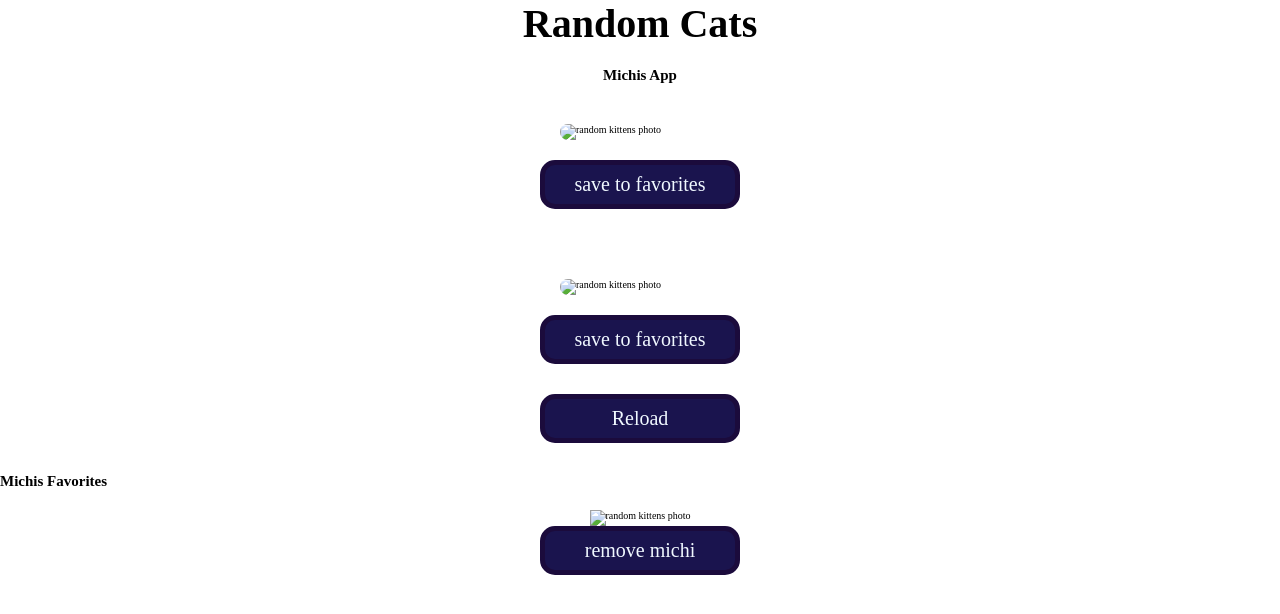
Repository: elto82/ConsumoAPIRESTjs
Page: index.html
An editor plug-in stored every save of this project. The page is shown before and after the next save, followed by the edit.
The browser window is 1280 px wide. The pictures show the whole page.
The page's requests for data from a server got no answer.

Above is the page before, as saved 2022-07-03 15:18:36.

### index.html
<!DOCTYPE html>
<html lang="en">

<head>
  <meta charset="UTF-8">
  <meta http-equiv="X-UA-Compatible" content="IE=edge">
  <meta name="viewport" content="width=device-width, initial-scale=1.0">
  <title>Random Cats</title>
  <link rel="stylesheet" href="style.css">
</head>

<body>
  <header>
    <h1>Random Cats</h1>
  </header>
  <section id="randomMichis" class="container">
    <h2>Michis App</h2>
    <span id="error"></span>
    <article>
      <img id="img1" alt="random kittens photo" class="image">
      <button id="btn1" class="random-cat-button">
        save to favorites
      </button>
    </article>
    <article>
      <img id="img2" alt="random kittens photo" class="image">
      <button id="btn2" class="random-cat-button">
        save to favorites
      </button>
    </article>

    <button class="random-cat-button" onclick="loadRandomMichis()">
      Reload
    </button>

  </section>
  <section id="favoriteMichis">
    <h2>Michis Favorites</h2>
    <article>
      <img  alt="random kittens photo" class="image">
      <button class="random-cat-button" ">
        remove michi
      </button>
    </article>
  </section>
  <script src="./main.js"></script>
</body>

</html>

### style.css
* {
  box-sizing: border-box;
  margin: 0px;
  padding: 0px;
}
html {
  font-size: 62.5%;
}
body {
  font-family: 'Square Peg', cursive;
}
header {
  display: flex;
  justify-content: center;
}
h1 {
  font-size: 4rem;
}
article{
  display: flex;
  flex-direction: column;
  justify-content: center;
  place-items: center;
  padding: 20px;
}
.container {
  display: flex;
  flex-direction: column;
  justify-content: center;
  place-items: center;
  padding: 20px;
}
.container .image {
  border-radius: 20px;
  margin: 20px;
  width: 80%;
  height: auto;
}
.random-cat-button {
  align-items: center;
  background-color: rgb(26, 20, 78);
  border: 5px solid rgb(27, 11, 60);
  border-radius: 15px;
  color: aliceblue;
  cursor: pointer;
  font-family: 'Pacifico', cursive;
  font-size: 2rem;
  padding: 0.8rem;
  width: 20rem;
  height: auto;
  margin-bottom: 1rem;
}
.random-cat-button:hover {
  border: 5px solid rgb(36, 16, 71);
  background-color: rgb(33, 14, 62);
}

### main.js
/*--------------------------------------------- endpoint
const API_URL = "https://api.thecatapi.com/v1/images/search"; */
/* --------------------------------------------------------query parameters */
const API_URL_random =
  "https://api.thecatapi.com/v1/images/search?limit=2&api_key=11fb4c78-96c8-403c-b282-b8c4d38b4b60";

const API_URL_favorites =
  "https://api.thecatapi.com/v1/favourites?api_key=11fb4c78-96c8-403c-b282-b8c4d38b4b60";

const spanError = document.getElementById("error");

async function loadRandomMichis() {
  const res = await fetch(API_URL_random);
  const data = await res.json();

  console.log(data);
  console.log("loadRandomMichis");

  if (res.status !== 200) {
    spanError.innerHTML = `hubo un error: ${res.status} ${data.message}`;
  } else {
    const img1 = document.getElementById("img1");
    const img2 = document.getElementById("img2");
    const btn1 = document.getElementById('btn1');
    const btn2 = document.getElementById('btn2');

    img1.src = data[0].url;
    img2.src = data[1].url;
    btn1.onclick = () => saveFavoriteMichi(data[0].id)
    btn2.onclick = () => saveFavoriteMichi(data[1].id)
  }
}

async function loadFavoriteMichis() {
  const res = await fetch(API_URL_favorites);
  const data = await res.json();

  console.log(data);
  console.log("loadFavoriteMichis");

  if (res.status !== 200) {
    spanError.innerHTML = `Hubo un error: ${res.status} ${data.message}`;
  } else {
    data.forEach((michi) => {
      const section = document.getElementById('favoriteMichis')
      const article = document.createElement("article");
      const img = document.createElement("img");
      const btn = document.createElement("button");
      const btnText = document.createTextNode("remove michi");

      btn.appendChild(btnText);
      img.src = michi.image.url;
      img.width = 150;
      article.appendChild(img);
      article.appendChild(btn);
      section.appendChild(article);

    });
  }
}

async function saveFavoriteMichi(id) {
  const res = await fetch(API_URL_favorites, {
    method: "POST",
    headers: {
      "Content-Type": "application/json",
    },
    body: JSON.stringify({
      image_id: id,
    }),
  });
  const data = await res.json();

  console.log("save");
  console.log(res);

  if (res.status !== 200) {
    spanError.innerHTML = `Hubo un error: ${res.status} ${data.message}`;
  }
}

loadRandomMichis();
loadFavoriteMichis();

After the next save:
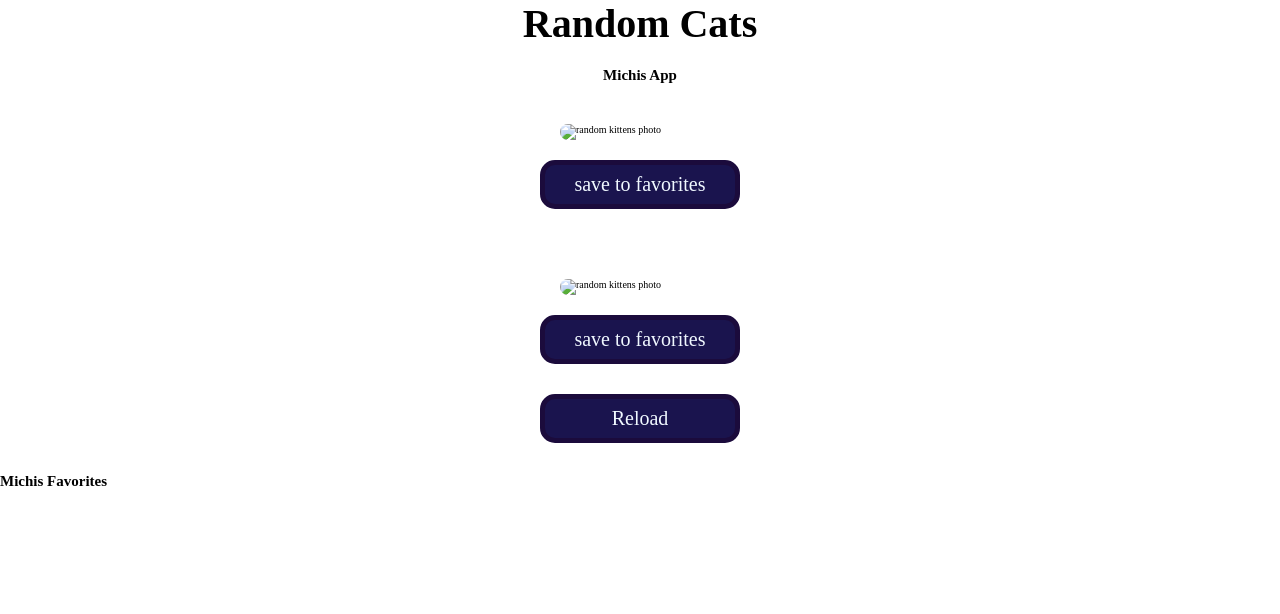
Saved 34 min 15 s later.
--- a/index.html
+++ b/index.html
@@ -37,10 +37,7 @@
   <section id="favoriteMichis">
     <h2>Michis Favorites</h2>
     <article>
-      <img  alt="random kittens photo" class="image">
-      <button class="random-cat-button" ">
-        remove michi
-      </button>
+
     </article>
   </section>
   <script src="./main.js"></script>
